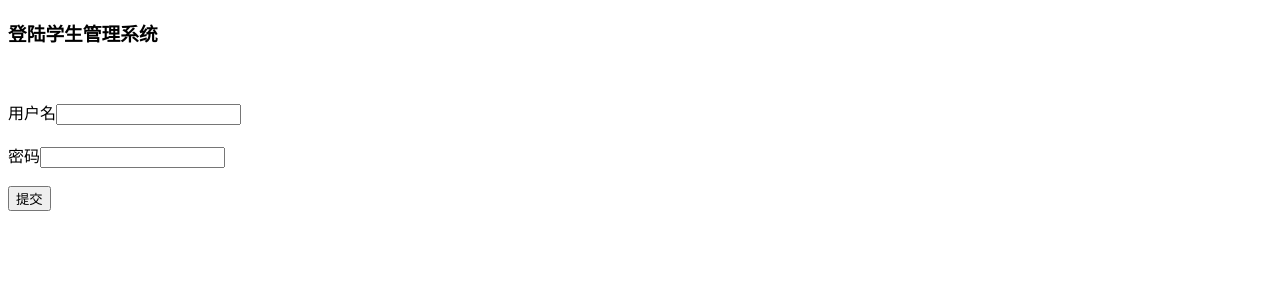
Repository: DataBoxWx/mvc_servlet_3
Page: http://localhost/jsp_2_homework/jsp/login.jsp
An editor plug-in stored every save of this project. The page is shown before and after the next save, followed by the edit.
The browser window is 1280 px wide. The pictures show the whole page.
The page is served by Tomcat 9.

Above is the page before, as saved 2018-05-06 05:36:14.

After the next save:
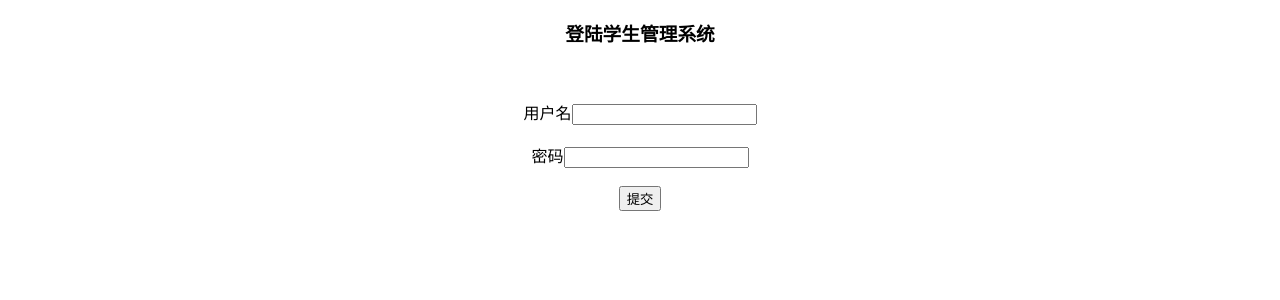
Saved 76 s later.
--- a/jsp_2_homework/WebContent/jsp/login.jsp
+++ b/jsp_2_homework/WebContent/jsp/login.jsp
@@ -34,9 +34,9 @@
 </script>
 </head>
 <body>
-	<h3>登陆学生管理系统</h3>
+	<h3 align="center">登陆学生管理系统</h3>
 	<br/><br/>
-	<form action="login.do" id="form">
+	<form action="login.do" id="form" style="text-align: center">
 		用户名<input type="text" name="username" id="usernameid"><span id= "span1"></span><br/><br/>
 		密码<input type="password" name="password" id="passwordid"><br/><br/>
 		<button id="but">提交</button>
